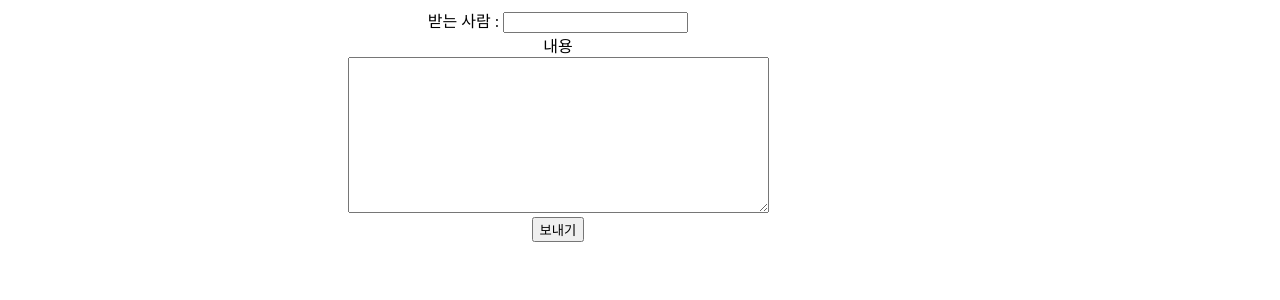
Repository: heebedev/TheJoeun_JSP
Page: http://localhost/TeamProject_05/messageSend.jsp
The author's editor kept a copy of each file at every save. The page is drawn from the files as they stood at one save, then again after the next save.
The browser window is 1280 px wide. The pictures show the whole page.
The page is served by Tomcat 9.

Above is the page before, as saved 2020-06-16 09:30:59.

After the next save:
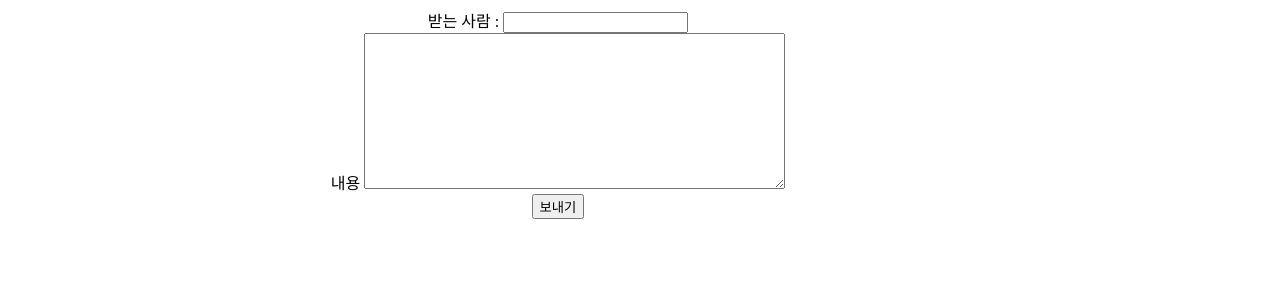
Saved 66 s later.
--- a/TeamProject_05/WebContent/messageSend.jsp
+++ b/TeamProject_05/WebContent/messageSend.jsp
@@ -16,7 +16,7 @@
 	<div class="item1">
 		<form action="messageWin.bill" method="post" align = "center">
 			받는 사람 : <input type="text" name="nickname" value="${usinfo.nickname}" readonly="readonly"><br>
-			내용 <br>
+			내용
 			<textarea rows="10" cols="50" name="message"></textarea><br>
 			<input type="submit" value="보내기">
 		</form>
